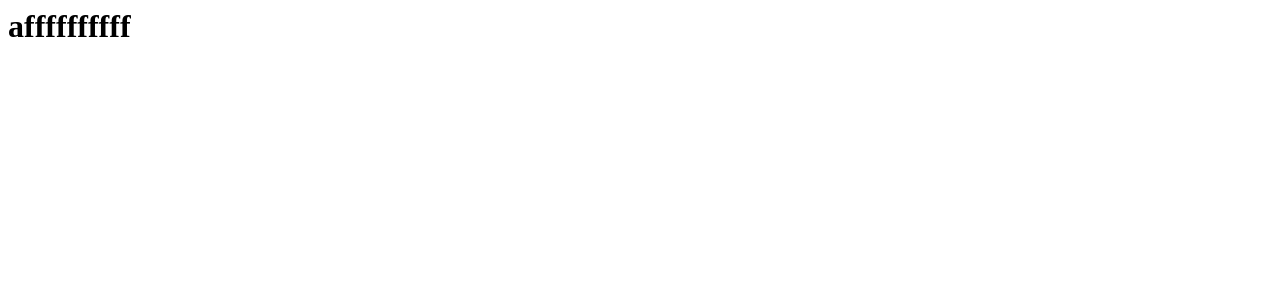
Repository: nghiakma/tutorial-git
Page: about.html
An editor plug-in stored every save of this project. The page is shown before and after the next save, followed by the edit.
The browser window is 1280 px wide. The pictures show the whole page.

Above is the page before, as saved 2023-12-28 09:54:27.

After the next save:
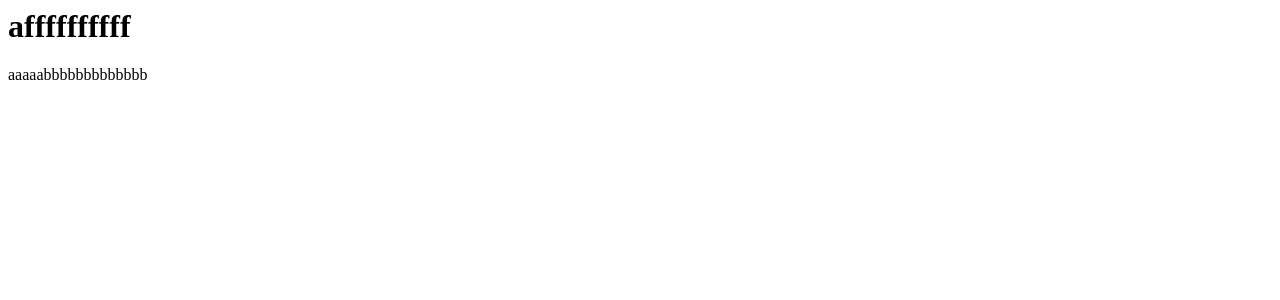
Saved 9 min 31 s later.
--- a/about.html
+++ b/about.html
@@ -1 +1,2 @@
 <h1>affffffffff</h1>
+<p>aaaaabbbbbbbbbbbbb</p>
